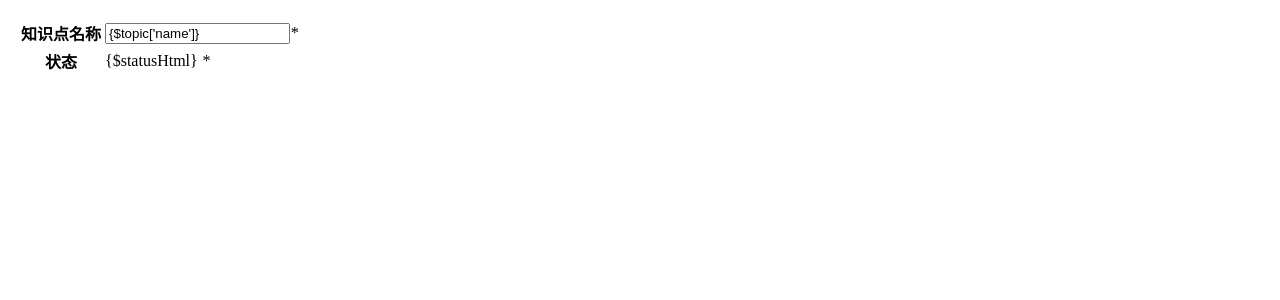
Repository: pridewu/hipi
Page: Education_dev_platform/branches/v1/Application/System/View/v1/Notice/edit.html
The author's editor kept a copy of each file at every save. The page is drawn from the files as they stood at one save, then again after the next save.
The browser window is 1280 px wide. The pictures show the whole page.

Above is the page before, as saved 2014-12-03 10:06:44.

After the next save:
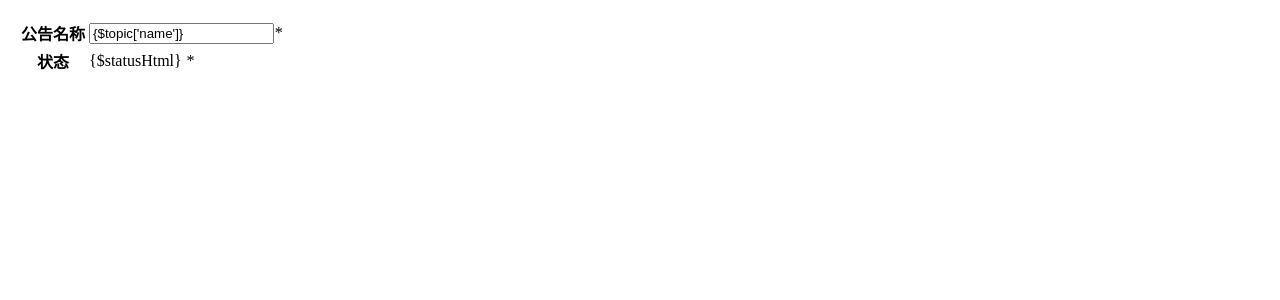
Saved 49 s later.
--- a/Education_dev_platform/branches/v1/Application/System/View/v1/Notice/edit.html
+++ b/Education_dev_platform/branches/v1/Application/System/View/v1/Notice/edit.html
@@ -1,7 +1,7 @@
 <form id="edit_form" method="post" style="padding:10px">
 <table class="editTable">
 	<tr>
-		<th>知识点名称</th>
+		<th>公告名称</th>
 		<td>
 			<input type="hidden" id="id" name="id" value="{$topic['id']}"/>
 			<input type="text" id="name" name="name" value="{$topic['name']}"/><em>*</em>
